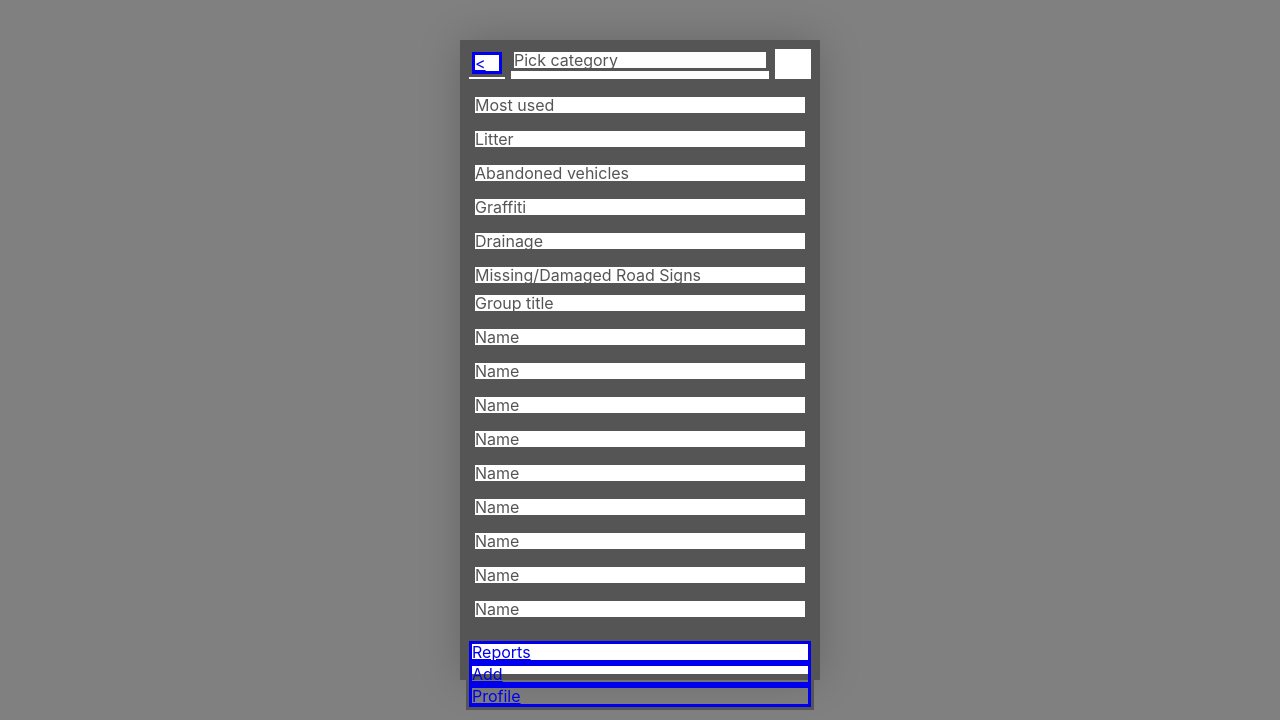
Repository: aleksandrenko/html-css-playground
Page: add report.html
An editor plug-in stored every save of this project. The page is shown before and after a run of saves, followed by the edit.
The browser window is 1280 px wide. The pictures show the whole page.

Above is the page before, as saved 2018-01-18 17:46:10.

### add report.html
<!DOCTYPE html>
<html lang="en">
<head>
  <meta charset="UTF-8">
  <link rel="stylesheet" href="./css/shared.css">
  <link rel="stylesheet" href="./css/pages/categories.css">
</head>
<body>

<app>
  <header>
    <left>
      <history-control>
        <a href="#"><</a>
      </history-control>
    </left>
    <middle>
      <page-name>Pick category</page-name>
    </middle>
    <right></right>
  </header>
  <main>
    <categorys>
      <group>
        <title>Most used</title>
        <category>
            <picture><img src="./" alt=""></picture>
            Litter
          </category>
          <category>
            <picture><img src="./" alt=""></picture>
            Abandoned vehicles
          </category>
          <category>
            <picture><img src="./" alt=""></picture>
            Graffiti
          </category>
          <category>
            <picture><img src="./" alt=""></picture>
            Drainage
          </category>
          <category>
            <picture><img src="./" alt=""></picture>
            Missing/Damaged Road Signs
          </category>
      </group>

      <group>
          <title>Group title</title>
          <category>
              <picture><img src="./" alt=""></picture>
              Name
            </category>
            <category>
              <picture><img src="./" alt=""></picture>
              Name
            </category>
            <category>
              <picture><img src="./" alt=""></picture>
              Name
            </category>
            <category>
              <picture><img src="./" alt=""></picture>
              Name
            </category>
            <category>
              <picture><img src="./" alt=""></picture>
              Name
            </category>
            <category>
              <picture><img src="./" alt=""></picture>
              Name
            </category>
            <category>
              <picture><img src="./" alt=""></picture>
              Name
            </category>
            <category>
              <picture><img src="./" alt=""></picture>
              Name
            </category>
            <category>
              <picture><img src="./" alt=""></picture>
              Name
            </category>
            <category>
              <picture><img src="./" alt=""></picture>
              Name
            </category>
            <category>
              <picture><img src="./" alt=""></picture>
              Name
            </category>
        </group>
    </categories>
  </main>
  <footer>
    <nav>
      <a href="#">Reports</a>
      <a href="#">Add</a>
      <a href="report.html">Profile</a>
    </nav>
  </footer>
</app>

</body>
</html>

### css/shared.css
@import "config.css";
@import "reset.css";
@import "global.css";

@import "debug.css";

@import "layout.css";

### css/pages/categories.css
categories {
  display: flex;
  flex-direction: column;
}

categories group picture img {
  display: block;
  width: 42px;
  height: 42px;
  background: #ddd;
  border-radius: 50%;
}

categories group category {
  float: left;
  width: 25%;
}

### index.html
<!DOCTYPE html>
<html lang="en">
<head>
  <meta charset="UTF-8">
  <link rel="stylesheet" href="./css/shared.css">
  <link rel="stylesheet" href="./css/pages/splash.css">
</head>
<body>

<app>
  <splash>
    <h1>Ready to report?</h1>
    <h2>Report, track and discuss local problems!</h2>
    <login-button><a href="reports.html">Facebook</a></login-button>
  </splash>
</app>

</body>
</html>

### css/config.css
:root {
    --header-height: 42px;
    --footer-height: 42px;

    --min-width: 320px;
    --min-height: 460px;

    --text-global-color: #555;
    --text-global-font: "SF Pro Display", "SF Pro Icons", "Helvetica Neue", "Helvetica", "Roboto", "Arial" ,sans-serif;
}

### css/reset.css
html, body, div, span,
h1, h2, h3, h4, h5, h6, p,
a, abbr, acronym, address, img,
small, strike, strong,
b, u, i, center, ol, ul, li,
fieldset, form, label, footer, header,
menu, nav, section {
    margin: 0;
    padding: 0;
    border: 0;
    font-size: 100%;
    font: inherit;
    vertical-align: baseline;
}
/* HTML5 display-role reset for older browsers */
article, aside, details, figcaption, figure,
footer, header, hgroup, menu, nav, section {
    display: block;
}
body {
    line-height: 1;
}
ol, ul {
    list-style: none;
}

### css/global.css
body {
    min-height: var(--min-height);
    min-width: var(--min-width);
}

* {
    box-sizing: border-box;
    display: block;
}

app {
    font-family: var(--text-global-font);
    font-size: 1rem;
    color: var(--text-global-color);
    background: white;

}

### css/debug.css

body {
  background: gray;
}

body * {
  border: solid;
}

app {
  width: 360px;
  height: 640px;
  box-shadow: 0 0 40px rgba(0, 0, 0, .2);

  top: 50% !important;
  left: 50% !important;
  bottom: auto;
  right: auto;
  transform: translate(-50%, -50%);
}

### css/layout.css
app {
  display: flex;
  flex-direction: column;
  position: fixed;
  top: 0;
  bottom: 0;
  left: 0;
  right: 0;
}

/* app header */

app header {
  display: flex;
  height: 42px;
}

app header left {
  width: 42px;
}

app header middle {
  flex: 1;
}

app header right {
  width: 42px;
}

/* app main */

app main {
  flex: 1;
  position: relative;
  overflow: hidden;
}

/* app footer */

app footer {
  height: 42px;
}

After the next 3 saves:
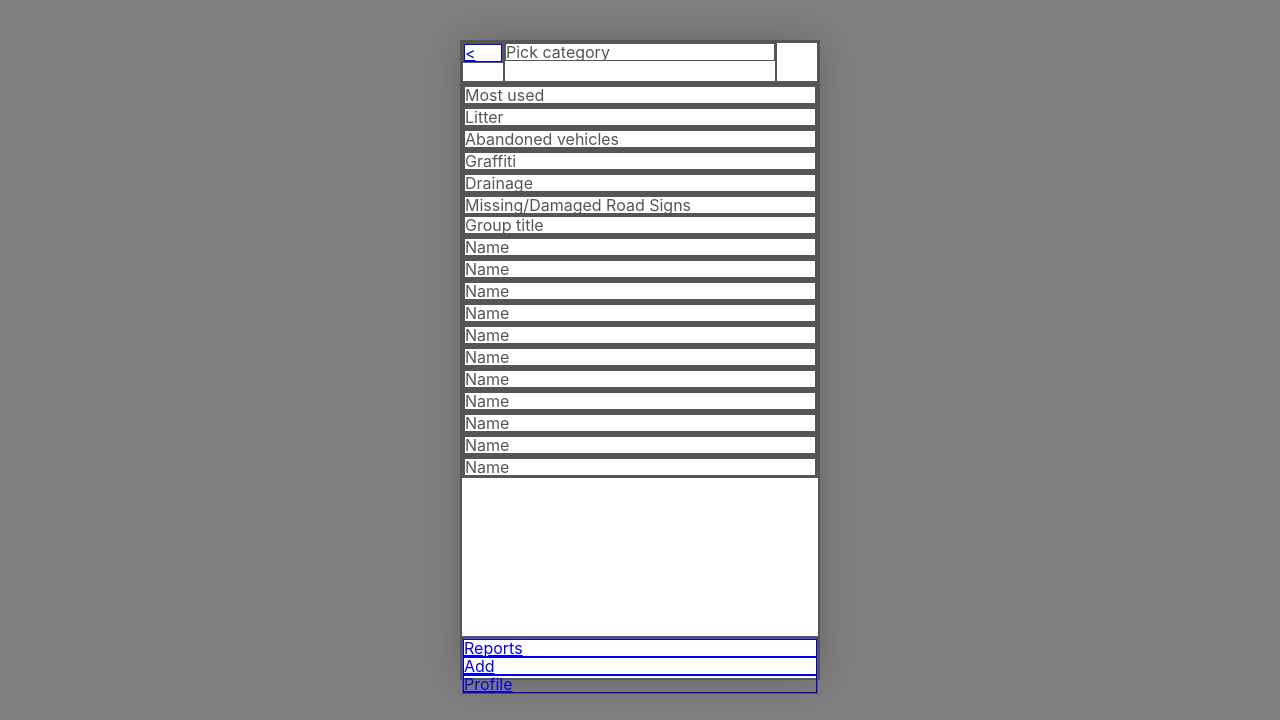
The 3 saves are shown as one change because they came seconds apart.
The last was saved 7 s later.
--- a/css/debug.css
+++ b/css/debug.css
@@ -4,7 +4,7 @@ body {
 }
 
 body * {
-  border: solid;
+  border: solid 1px;
 }
 
 app {
